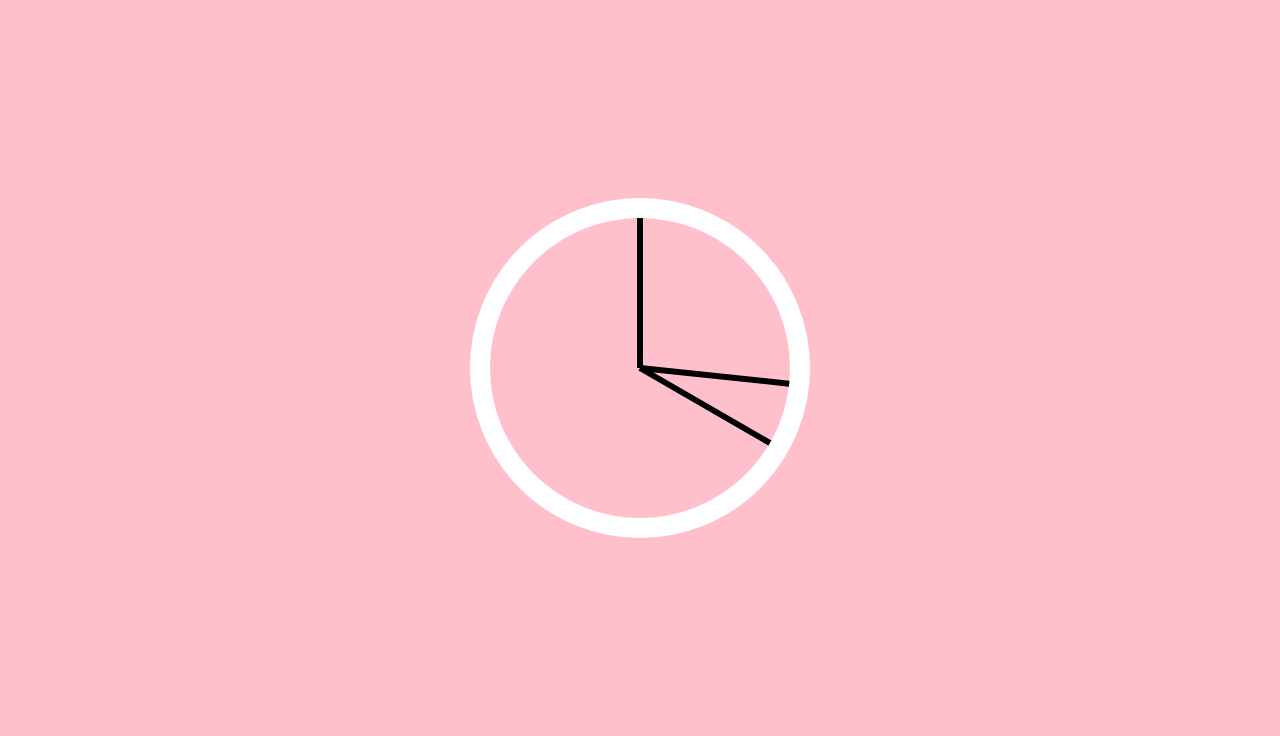
Repository: julieLyM/js-make-an-oclock
Page: index.html
An editor plug-in stored every save of this project. The page is shown before and after the next save, followed by the edit.
The browser window is 1280 px wide. The pictures show the whole page.

Above is the page before, as saved 2020-07-07 12:12:51.

After the next save:
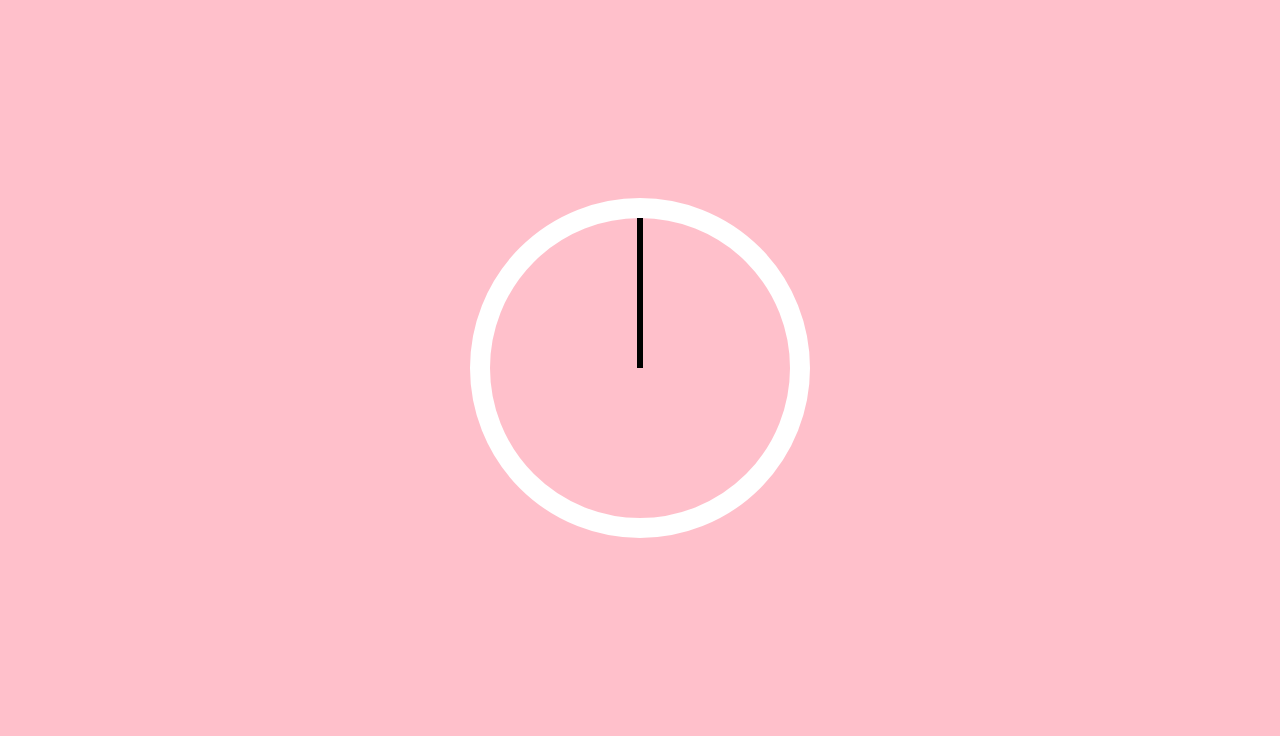
Saved 76 s later.
--- a/index.css
+++ b/index.css
@@ -34,7 +34,7 @@
   position: absolute;
   top: 50%;
   transform-origin: 100%;
-  transform: rotate(90deg);
+  transform: rotate(90deg) !important;
   transition: all 0.05s;
   transition-timing-function: cubic-bezier(0.1, 2.7, 0.58, 1);
 }

After the save that followed:
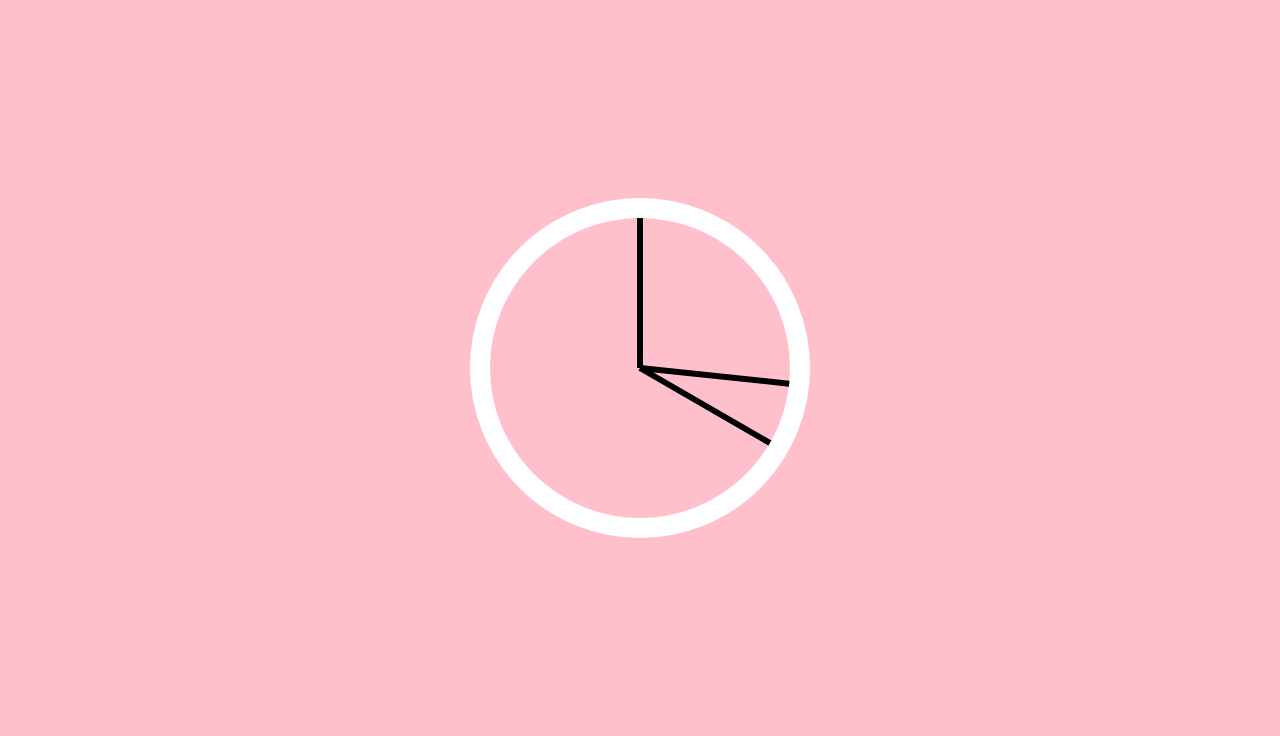
Saved 16 s later.
--- a/index.css
+++ b/index.css
@@ -34,7 +34,7 @@
   position: absolute;
   top: 50%;
   transform-origin: 100%;
-  transform: rotate(90deg) !important;
+  transform: rotate(90deg) ;
   transition: all 0.05s;
   transition-timing-function: cubic-bezier(0.1, 2.7, 0.58, 1);
 }
